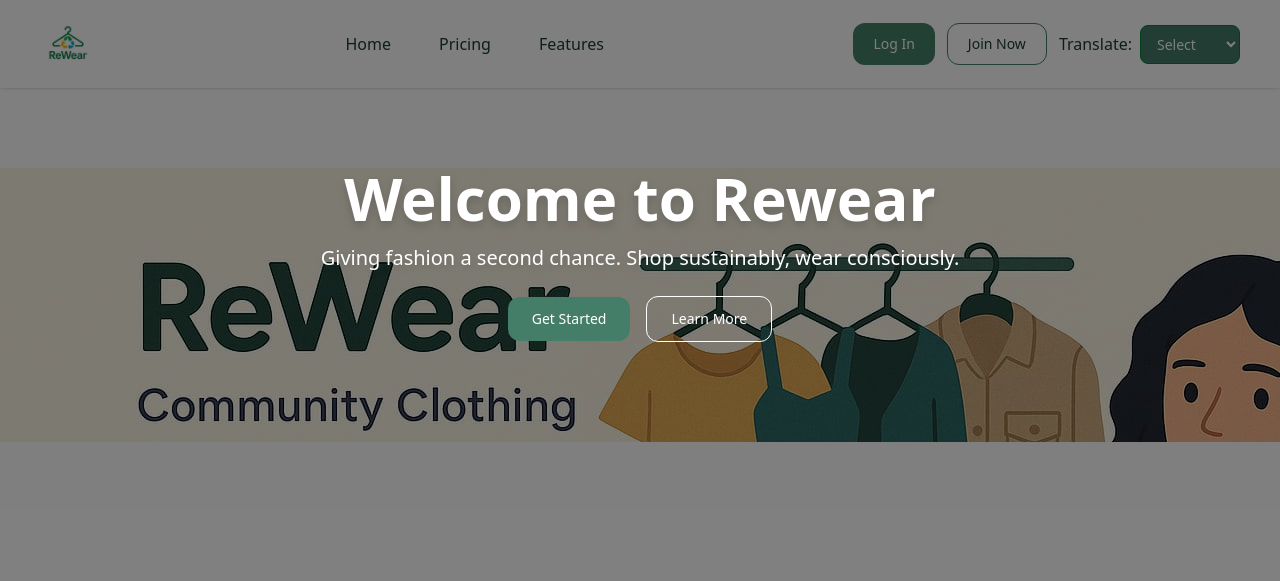
Repository: Swastikkkkk/vv
Page: / (app in OneDrive/Desktop/Yuzichahal/frontend/)
The author's editor kept a copy of each file at every save. The page is drawn from the files as they stood at one save, then again after a run of saves.
The browser window is 1280 px wide. The pictures show the whole page.
The project was rebuilt for these pictures with package versions that can differ from the ones it lists, and the page was loaded fresh each time. Also part of the build but not shown: OneDrive/Desktop/Yuzichahal/frontend/vite.config.js, OneDrive/Desktop/Yuzichahal/frontend/src/components/Signup.jsx, OneDrive/Desktop/Yuzichahal/frontend/src/components/Login.jsx.

Above is the page before, as saved 2025-07-12 09:50:43.

After the next 3 saves:
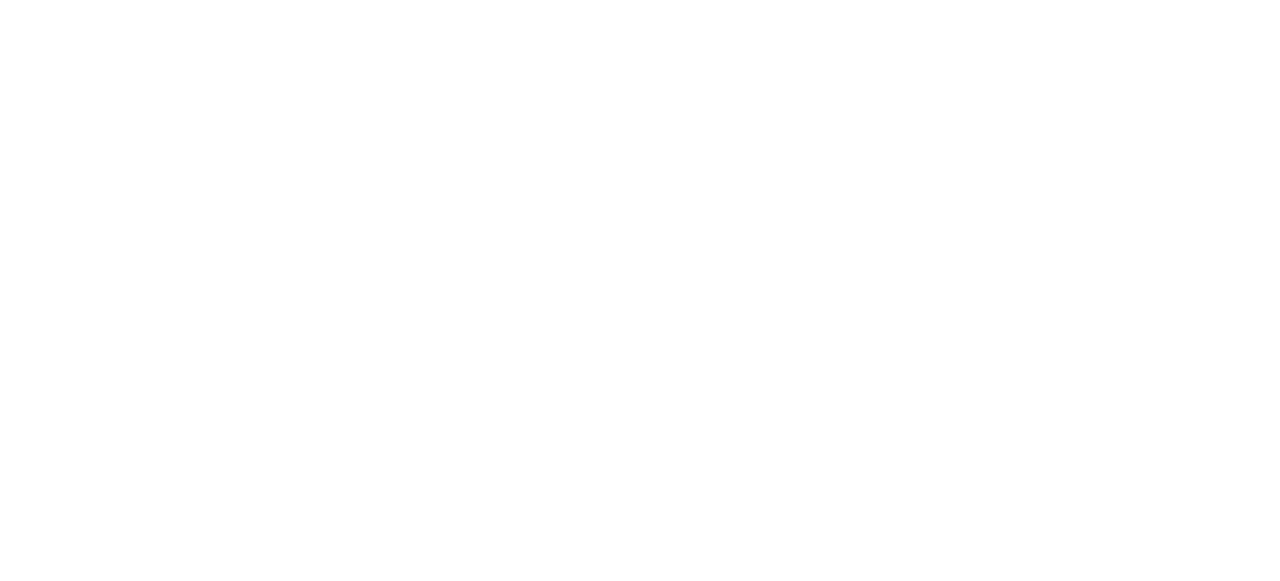
Console error (its wording comes from the project's code and is left out).
The 3 saves are shown as one change because they came seconds apart.
The last was saved 10 s later.
--- a/OneDrive/Desktop/Yuzichahal/frontend/src/components/Herosection.jsx
+++ b/OneDrive/Desktop/Yuzichahal/frontend/src/components/Herosection.jsx
@@ -4,9 +4,10 @@
 const HeroSection = () => {
   return (
     <section
+     className="relative z-10 text-center text-white px-4 mt-[80px] pb-[100px] w-full">
 
       style={{ backgroundImage: `url(${heroImage})` }}
-    >
+
       {/* Dark overlay */}
       <div className="absolute inset-0 bg-black/50 z-0" />
 

After the 2 saves that followed:
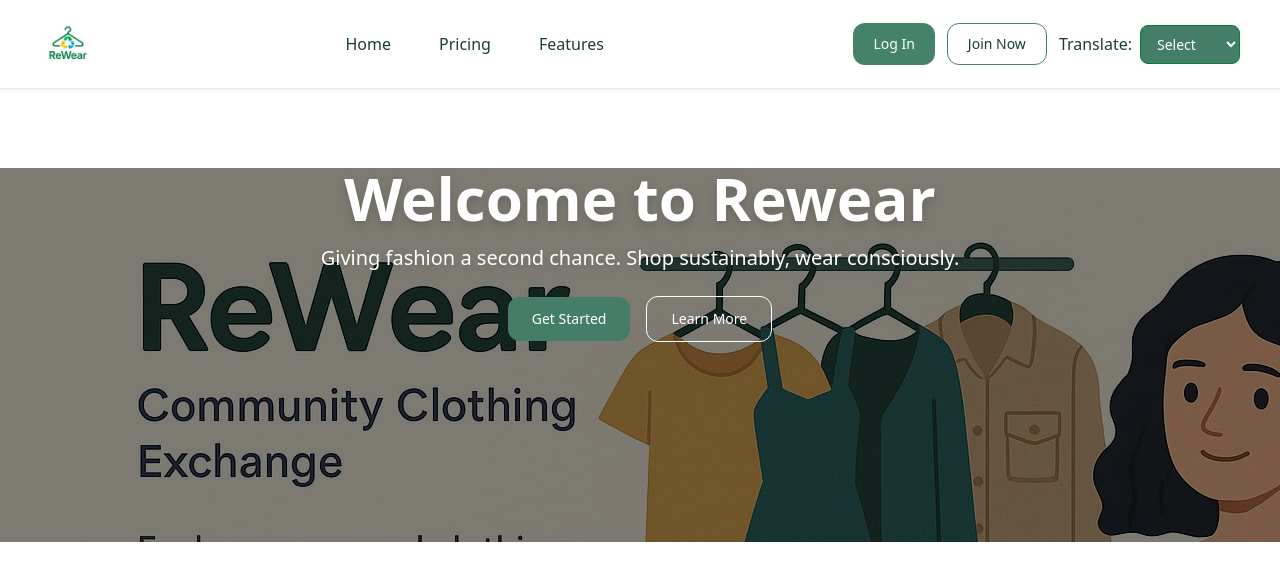
The error is gone.
The 2 saves are shown as one change because they came seconds apart.
The last was saved 14 s later.
--- a/OneDrive/Desktop/Yuzichahal/frontend/src/components/Herosection.jsx
+++ b/OneDrive/Desktop/Yuzichahal/frontend/src/components/Herosection.jsx
@@ -4,9 +4,9 @@
 const HeroSection = () => {
   return (
     <section
-     className="relative z-10 text-center text-white px-4 mt-[80px] pb-[100px] w-full">
+     className="relative z-10 text-center text-white px-4 mt-[80px] pb-[100px] w-full"
 
-      style={{ backgroundImage: `url(${heroImage})` }}
+      style={{ backgroundImage: `url(${heroImage})` }}>
 
       {/* Dark overlay */}
       <div className="absolute inset-0 bg-black/50 z-0" />
